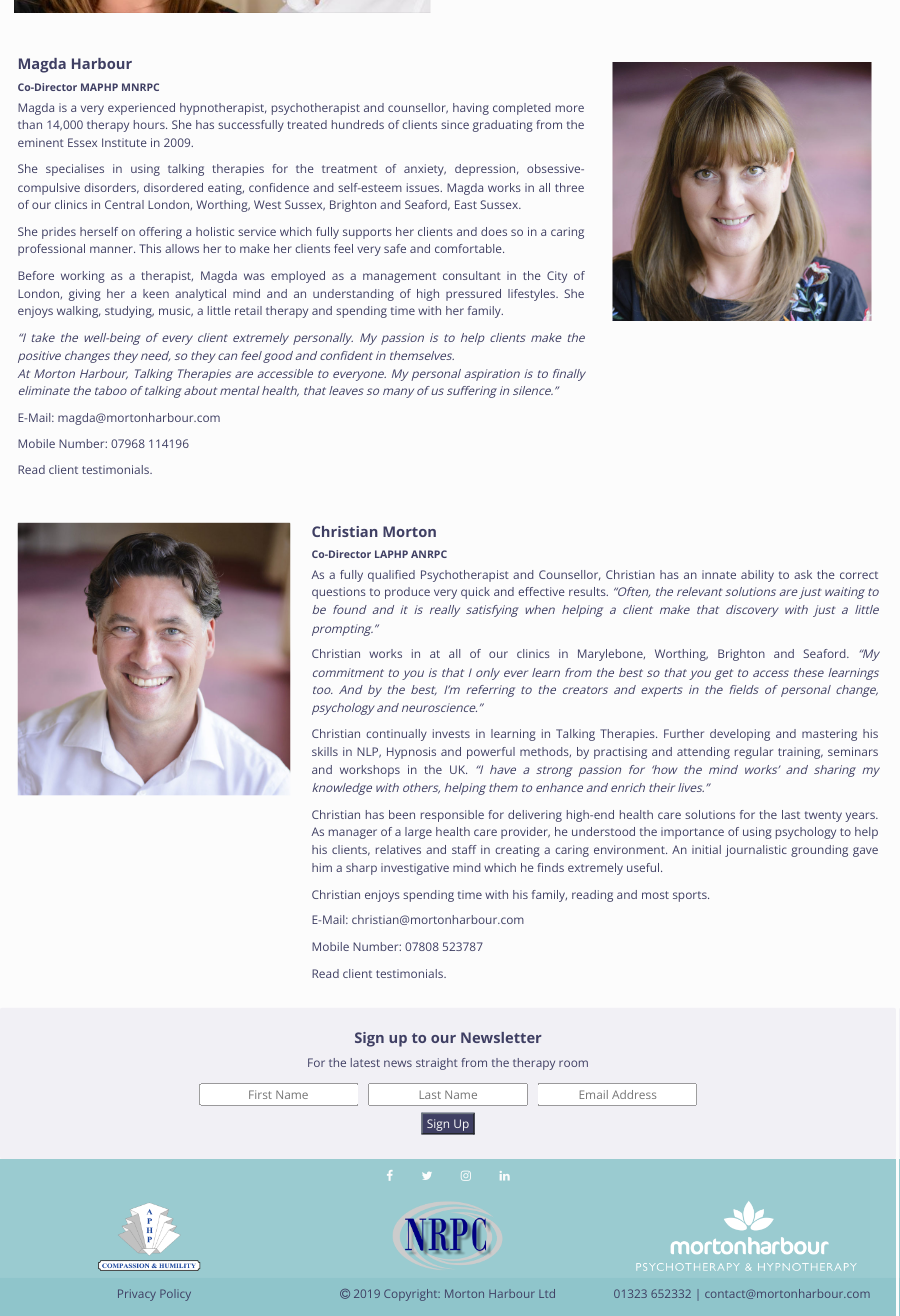
Repository: Code-Institute-Submissions/mortonharbour
Page: about us.html
The author's editor kept a record of every edit. The page is drawn from the files as they stood at one moment, then again after the next edit.
The browser window is 1280 px wide. The page is 1285 px wide, so the pictures cover 1285 px, including what lies to the right of the window. The pictures show the part of the page from y = 702 to 2582 px (the page is 2584 px tall), at 70% of full size.
Some web libraries are served in a nearby version.

Above is the page before.

After the next edit:
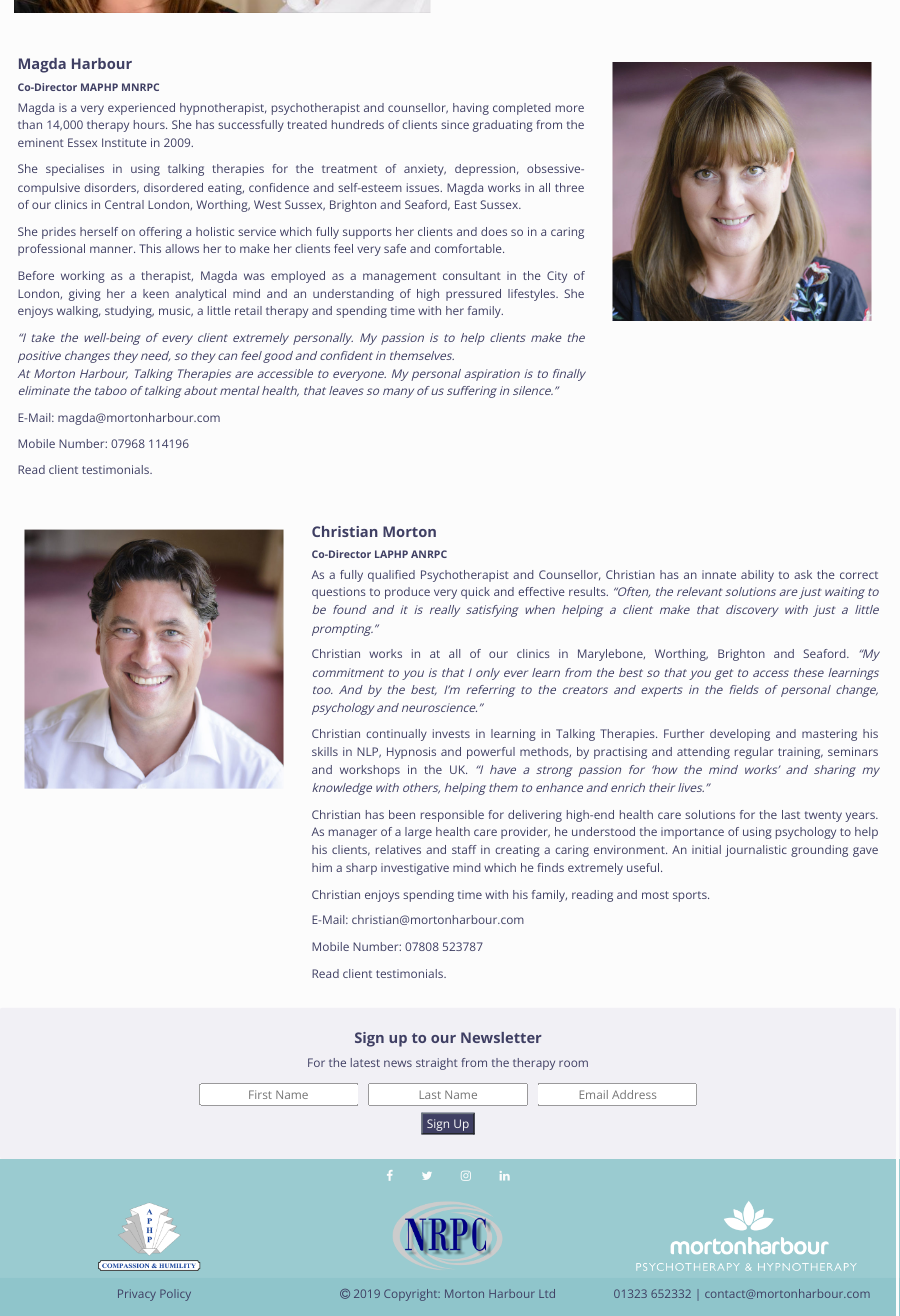
The edit:
--- a/about us.html
+++ b/about us.html
@@ -143,7 +143,7 @@
     <section class="main-content-text">
         <div class="row">
             <div class="col-sm-4">
-                <img src="assets/images/christian-square.png" class="card-img-top" alt="Photo of Christian">
+                <img src="assets/images/christian-square.png" class="img-fluid " alt="Photo of Christian">
                 <span class="sr-only">Photo of Christian</span>
             </div>
             <div class="col-sm-8">
